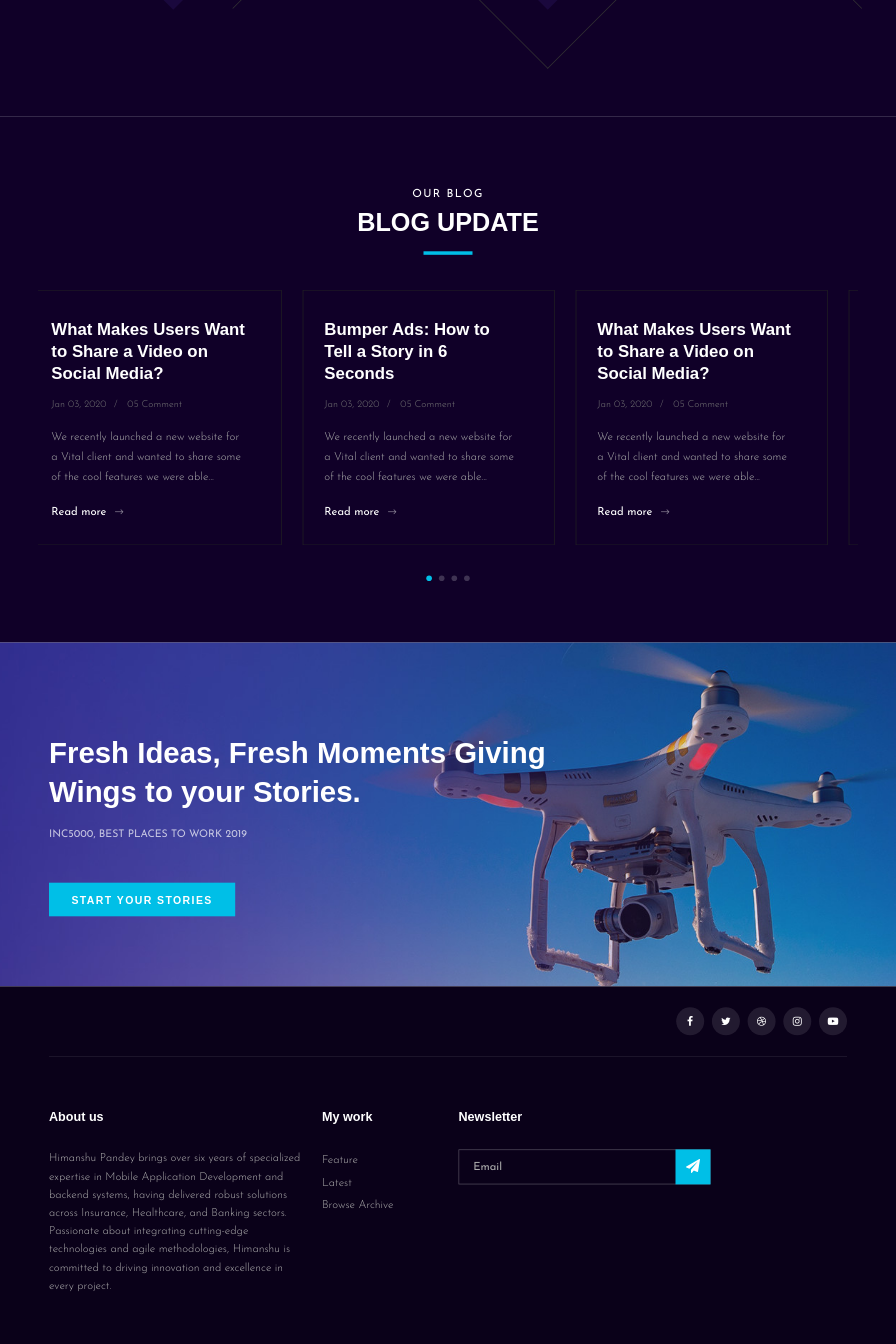
Repository: codexshot/himanshu-portfolio.io
Page: index.html
An editor plug-in stored every save of this project. The page is shown before and after the next save, followed by the edit.
The browser window is 1280 px wide. The pictures show the part of the page from y = 2740 to 4660 px (the page is 4660 px tall before and 4169 px after), at 70% of full size.
Some web fonts or font styles are not loaded; a fallback is used.

Above is the page before, as saved 2024-05-07 19:23:23.

After the next save:
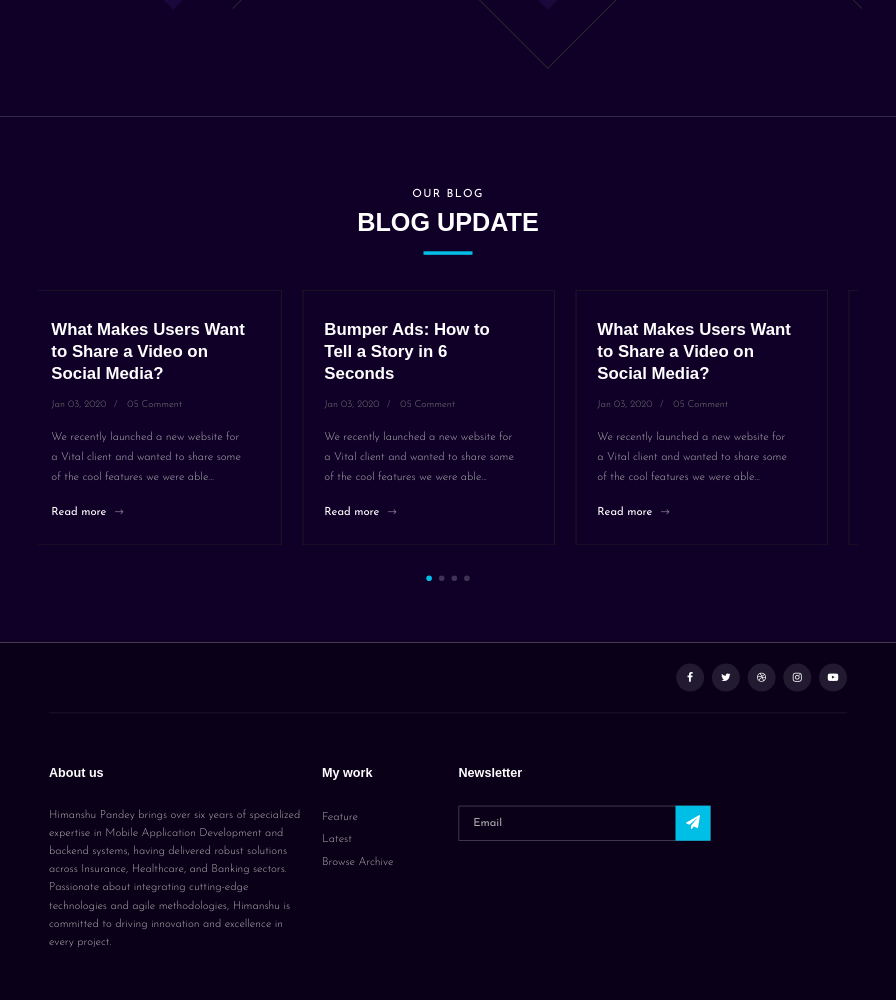
Saved 116 s later.
--- a/index.html
+++ b/index.html
@@ -463,7 +463,7 @@
     <!-- Latest Blog Section End -->
 
     <!-- Call To Action Section Begin -->
-    <section class="callto spad set-bg" data-setbg="img/callto-bg.jpg">
+    <!-- <section class="callto spad set-bg" data-setbg="img/callto-bg.jpg">
         <div class="container">
             <div class="row">
                 <div class="col-lg-8">
@@ -475,7 +475,7 @@
                 </div>
             </div>
         </div>
-    </section>
+    </section> -->
     <!-- Call To Action Section End -->
 
     <!-- Footer Section Begin -->
